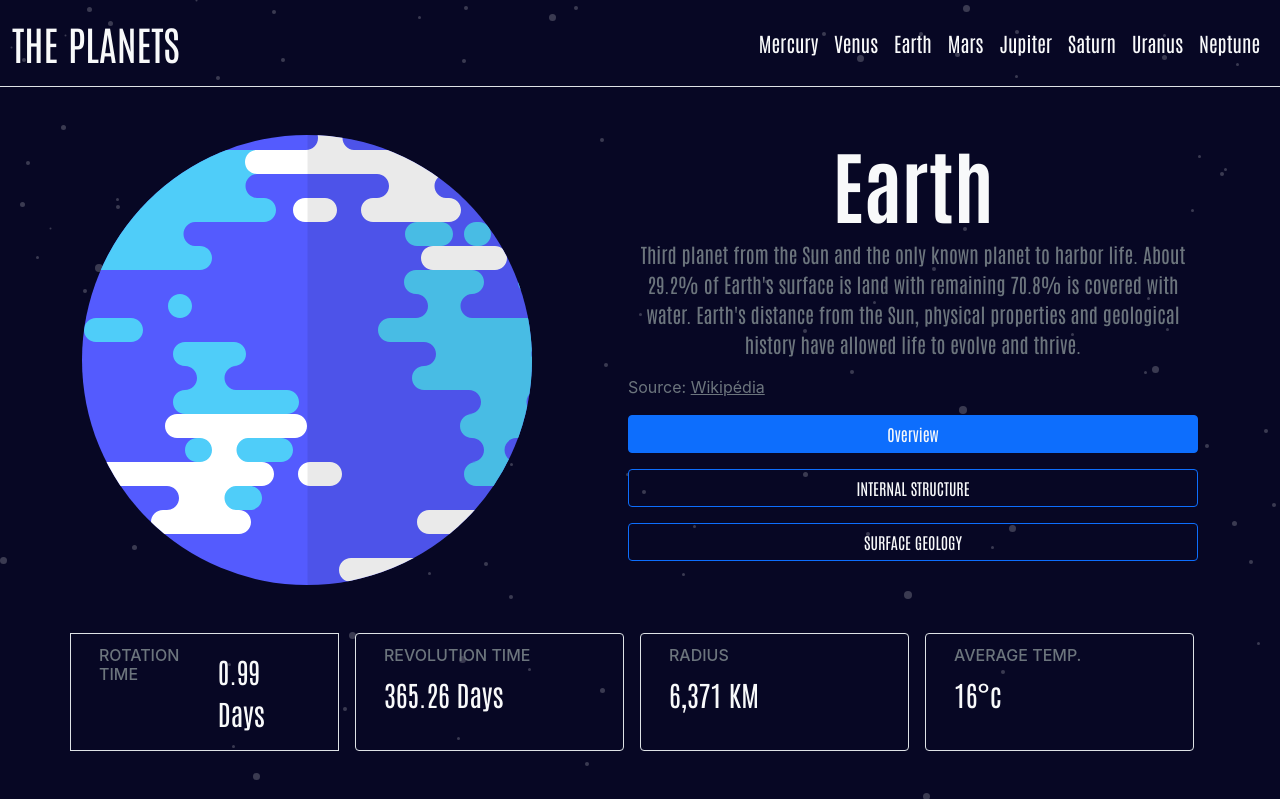
Repository: andre06x/the-planets
Page: /
These files come from the project's save history. The page is drawn as it stood at one moment and after the next save; the edit follows.
The browser window is 1280 px wide. The pictures show the whole page.
The project was rebuilt for these pictures with package versions that can differ from the ones it lists, and the page was loaded fresh each time.

Above is the page before, as saved 2021-10-19 16:40:29.

After the next save:
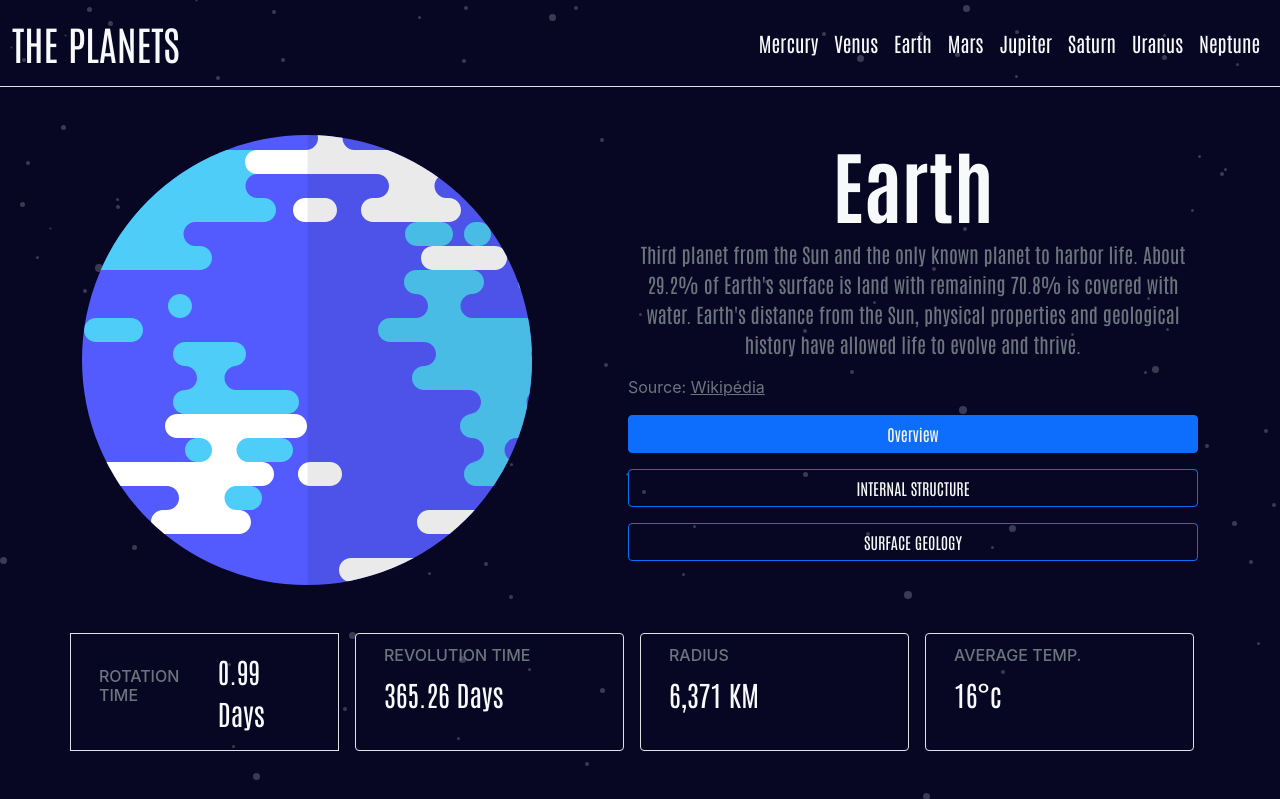
Saved 9 s later.
--- a/src/components/Container.js
+++ b/src/components/Container.js
@@ -81,7 +81,7 @@ const Container = () => {
       </div>
       <div className="row mt-5 mb-5 flex-md-row flex-column">
         <div class="col me-3 bg-transparent border">
-          <div class="card-body d-flex justify-content-between">
+          <div class="card-body d-flex justify-content-between align-items-center">
             <h6 class="card-subtitle mb-2 text-muted">
               ROTATION TIME
             </h6>
